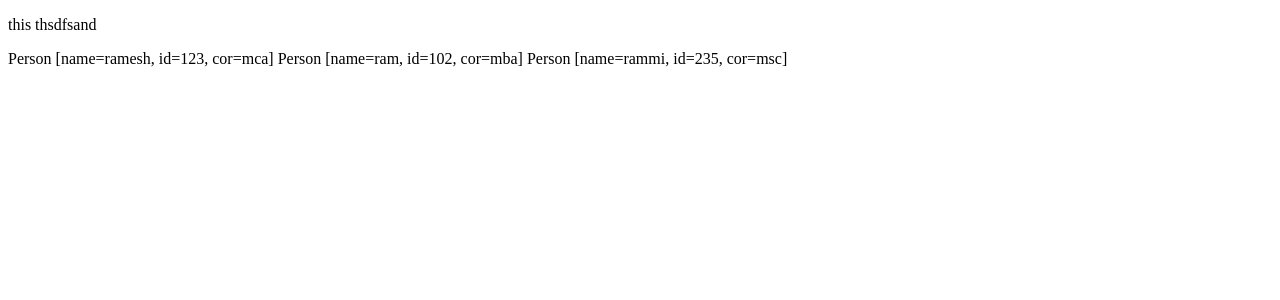
Repository: RameshMamidipelly/springMvc
Page: http://localhost/Demo/listj
The author's editor kept a copy of each file at every save. The page is drawn from the files as they stood at one save, then again after the next save.
The browser window is 1280 px wide. The pictures show the whole page.
The page is served by Tomcat 9.

Above is the page before, as saved 2020-03-04 18:31:13.

After the next save:
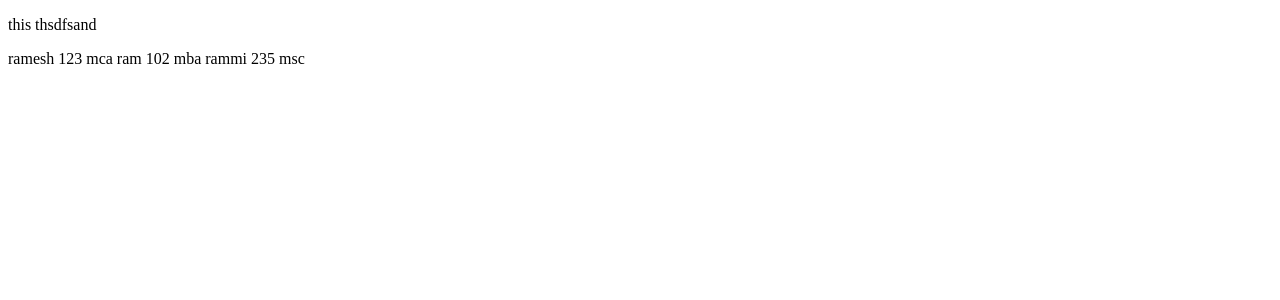
Saved 46 s later.
--- a/Demo/src/main/webapp/WEB-INF/jsp/listj.jsp
+++ b/Demo/src/main/webapp/WEB-INF/jsp/listj.jsp
@@ -12,7 +12,9 @@
 <body>
 <p>this thsdfsand</p>
 <c:forEach var="ls" items="${person}" >
-${ls}
+${ls.name}
+${ls.id}
+${ls.cor}
 </c:forEach>
 </body>
 </html>
